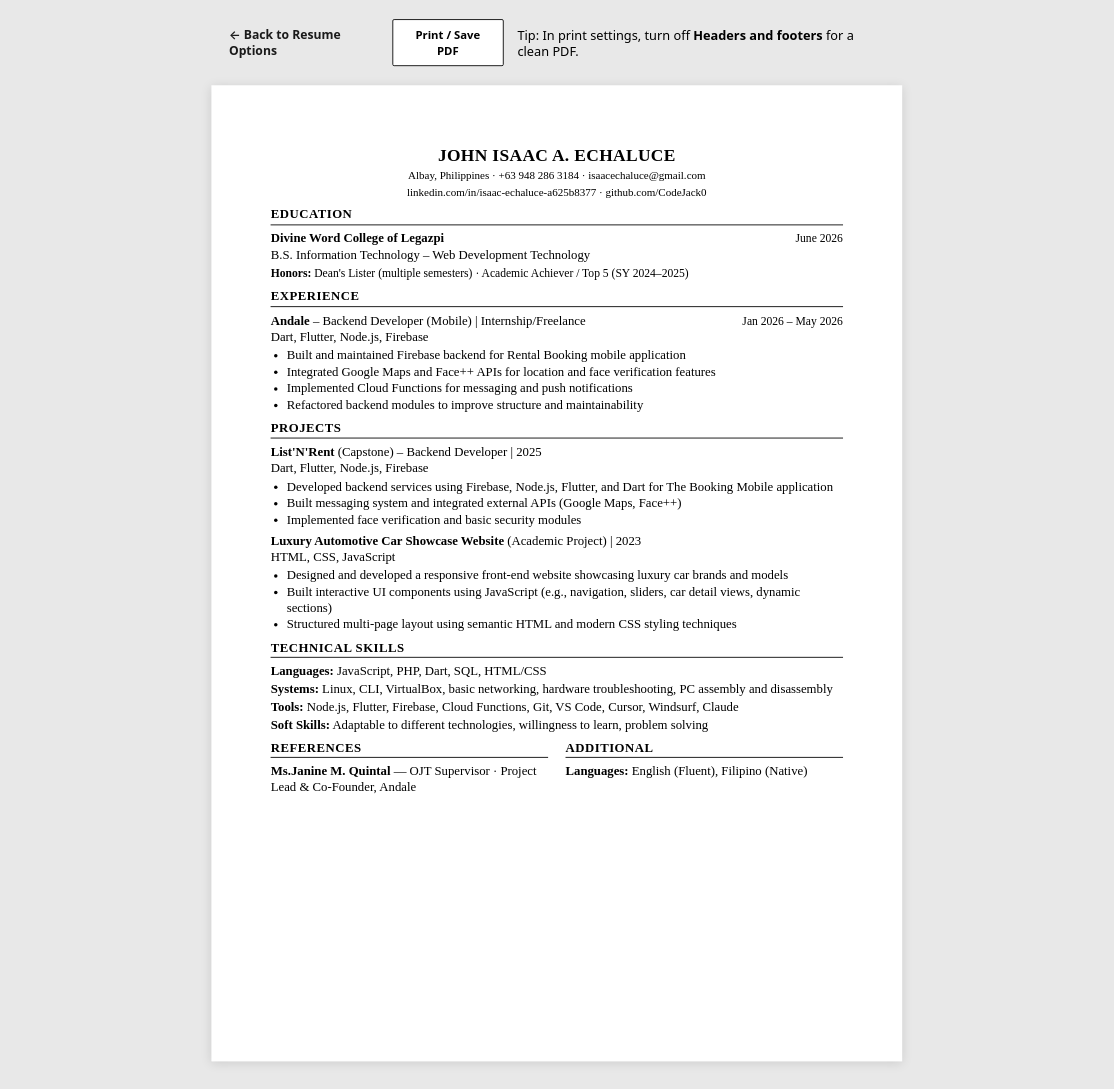
Repository: CodeJack0/Professional_Portfolio
Page: pages/resume_development.html
An editor plug-in stored every save of this project. The page is shown before and after the next save, followed by the edit.
The browser window is 1280 px wide. The pictures show the whole page, at 87% of full size.

Above is the page before, as saved 2026-06-02 08:31:17.

### pages/resume_development.html
<!DOCTYPE html>
<html lang="en">
<head>
  <meta charset="UTF-8" />
  <meta name="viewport" content="width=device-width, initial-scale=1.0" />
  <meta name="description" content="Resume / CV — John Isaac A. Echaluce, IT Graduate" />
  <title>Resume</title>
  <link rel="stylesheet" href="../css/resume.css" />
</head>
<body class="resume-page">
  <div class="resume-toolbar no-print">
    <a href="resumes.html" class="toolbar-link">← Back to Resume Options</a>
    <button type="button" class="toolbar-btn" onclick="printResume()">Print / Save PDF</button>
    <p class="print-hint no-print">Tip: In print settings, turn off <strong>Headers and footers</strong> for a clean PDF.</p>
  </div>

  <article class="resume-document" aria-label="Resume">
    <header class="resume-header">
      <h1 class="resume-name">John Isaac A. Echaluce</h1>
      <p class="resume-contact-line">
        Albay, Philippines · <a href="tel:+639482863184">+63 948 286 3184</a> ·
        <a href="mailto:isaacechaluce@gmail.com">isaacechaluce@gmail.com</a>
      </p>
      <p class="resume-contact-line resume-contact-line--links">
        <a href="https://www.linkedin.com/in/isaac-echaluce-a625b8377/" rel="noopener noreferrer">linkedin.com/in/isaac-echaluce-a625b8377</a> ·
        <a href="https://github.com/CodeJack0" rel="noopener noreferrer">github.com/CodeJack0</a>
      </p>
    </header>

    <main class="resume-content">
      <section class="resume-section">
        <h2 class="resume-section-title">Education</h2>

        <div class="entry">
          <div class="entry-row">
            <span class="entry-left"><strong>Divine Word College of Legazpi</strong></span>
            <span class="entry-right">June 2026</span>
          </div>
          <div class="entry-row entry-row--sub">
            <span class="entry-left">B.S. Information Technology – Web Development Technology</span>
          </div>
          <p class="honors-line">
            <strong>Honors:</strong> Dean's Lister (multiple semesters) · Academic Achiever / Top 5 (SY 2024–2025)
          </p>
        </div>
      </section>

      <section class="resume-section">
        <h2 class="resume-section-title">Experience</h2>

        <div class="entry">
          <div class="entry-row">
            <span class="entry-left"><strong>Andale</strong> – Backend Developer (Mobile) | Internship/Freelance</span>
            <span class="entry-right">Jan 2026 – May 2026</span>
          </div>
          <div class="entry-row entry-row--sub">
            <span class="entry-left">Dart, Flutter, Node.js, Firebase</span>
          </div>
          <ul class="resume-list">
            <li>Built and maintained Firebase backend for Rental Booking mobile application</li>
            <li>Integrated Google Maps and Face++ APIs for location and face verification features</li>
            <li>Implemented Cloud Functions for messaging and push notifications</li>
            <li>Refactored backend modules to improve structure and maintainability</li>
          </ul>
        </div>
      </section>

      <section class="resume-section">
        <h2 class="resume-section-title">Projects</h2>

        <div class="entry">
          <div class="entry-row">
            <span class="entry-left"><strong>List'N'Rent </strong> (Capstone) – Backend Developer | 2025</span>
            <span class="entry-right"></span>
          </div>
          <div class="entry-row entry-row--sub">
            <span class="entry-left">Dart, Flutter, Node.js, Firebase</span>
          </div>
          <ul class="resume-list">
            <li>Developed backend services using Firebase, Node.js, Flutter, and Dart for The Booking Mobile application</li>
            <li>Built messaging system and integrated external APIs (Google Maps, Face++)</li>
            <li>Implemented face verification and basic security modules</li>
          </ul>
        </div>

        <div class="entry">
          <div class="entry-row">
            <span class="entry-left"><strong>Luxury Automotive Car Showcase Website</strong> (Academic Project) | 2023</span>
            <span class="entry-right"></span>
          </div>
          <div class="entry-row entry-row--sub">
            <span class="entry-left">HTML, CSS, JavaScript</span>
          </div>
          <ul class="resume-list">
            <li>Designed and developed a responsive front-end website showcasing luxury car brands and models</li>
            <li>Built interactive UI components using JavaScript (e.g., navigation, sliders, car detail views, dynamic sections)</li>
            <li>Structured multi-page layout using semantic HTML and modern CSS styling techniques</li>

        </div>


      <section class="resume-section">
        <h2 class="resume-section-title">Technical Skills</h2>
        <p class="skills-line"><strong>Languages:</strong> JavaScript, PHP, Dart, SQL, HTML/CSS</p>
        <p class="skills-line"><strong>Systems:</strong> Linux, CLI, VirtualBox, basic networking, hardware troubleshooting, PC assembly and disassembly</p>
        <p class="skills-line"><strong>Tools:</strong> Node.js, Flutter, Firebase, Cloud Functions, Git, VS Code, Cursor, Windsurf, Claude</p>
        <p class="skills-line"><strong>Soft Skills:</strong> Adaptable to different technologies, willingness to learn, problem solving</p>
      </section>


      <section class="resume-section resume-section--combined">
        <div class="resume-two-col">
          <div>
            <h2 class="resume-section-title">References</h2>
            <p class="skills-line"><strong>Ms.Janine M. Quintal</strong> — OJT Supervisor · Project Lead &amp; Co-Founder, Andale</p>
          </div>
          <div>
            <h2 class="resume-section-title">Additional</h2>
            <p class="skills-line"><strong>Languages:</strong> English (Fluent), Filipino (Native)</p>
          </div>
        </div>
      </section>
    </main>
  </article>
  <script src="../js/resume-print.js"></script>
</body>
</html>

### css/resume.css
/* Harvard-style resume — conservative, single column, print-first (A4) */

:root {
  --resume-page-width: 210mm;
  --resume-page-height: 297mm;
  --resume-page-margin: 18mm;
}

*,
*::before,
*::after {
  box-sizing: border-box;
}

body.resume-page {
  margin: 0;
  font-family: "Times New Roman", Times, Georgia, serif;
  font-size: 11pt;
  line-height: 1.25;
  color: #000;
  background: #e8e8e8;
  -webkit-font-smoothing: antialiased;
}

/* Toolbar (screen only) */
.resume-toolbar {
  display: flex;
  align-items: center;
  justify-content: space-between;
  max-width: var(--resume-page-width);
  margin: 0 auto;
  padding: 1rem 1.25rem;
  gap: 1rem;
  font-family: system-ui, -apple-system, sans-serif;
}

.toolbar-link {
  font-size: 0.875rem;
  font-weight: 600;
  color: #1a1a1a;
  text-decoration: none;
}

.toolbar-link:hover {
  text-decoration: underline;
}

.toolbar-btn {
  font-family: inherit;
  font-size: 0.8125rem;
  font-weight: 600;
  padding: 0.5rem 1rem;
  border: 1px solid #000;
  border-radius: 2px;
  background: #fff;
  color: #000;
  cursor: pointer;
}

.toolbar-btn:hover {
  background: #f5f5f5;
}

/* Document */
.resume-document {
  width: 100%;
  max-width: var(--resume-page-width);
  min-height: var(--resume-page-height);
  margin: 0 auto 2rem;
  padding: var(--resume-page-margin);
  background: #fff;
  box-shadow: 0 2px 12px rgba(0, 0, 0, 0.12);
}

/* Header */
.resume-header {
  text-align: center;
  margin-bottom: 0.45rem;
}

.resume-name {
  font-size: 15pt;
  font-weight: 700;
  margin: 0 0 0.2rem;
  letter-spacing: 0.02em;
  text-transform: uppercase;
}

.resume-tagline {
  margin: 0;
  font-size: 10pt;
  font-style: italic;
}

.resume-summary {
  margin: 0.35rem auto 0;
  max-width: 95%;
  font-size: 10pt;
  line-height: 1.4;
  text-align: center;
}

.resume-contact-line {
  margin: 0.15rem 0 0;
  font-size: 9.5pt;
  line-height: 1.35;
}

.resume-contact-line--links {
  margin-top: 0.1rem;
}

.resume-contact-line a {
  color: inherit;
  text-decoration: none;
}

.resume-contact-line a:hover {
  text-decoration: underline;
}

.honors-line {
  margin: 0.2rem 0 0;
  font-size: 10pt;
  line-height: 1.35;
}

.entry-note {
  margin: 0.15rem 0 0;
  font-size: 9.5pt;
  font-style: italic;
  line-height: 1.35;
}

/* Sections */
.resume-content {
  margin: 0;
}

.resume-section {
  margin-bottom: 0.45rem;
}

.entry--compact {
  margin-bottom: 0.2rem;
}

.resume-two-col {
  display: grid;
  grid-template-columns: 1fr 1fr;
  gap: 1.25rem;
  align-items: start;
}

.resume-two-col .resume-section-title {
  margin-top: 0;
}

.resume-section--combined {
  margin-bottom: 0;
}

.skills-line--muted {
  font-size: 9.5pt;
  font-style: italic;
}

.resume-section:last-child {
  margin-bottom: 0;
}

.resume-section-title {
  font-size: 11pt;
  font-weight: 700;
  text-transform: uppercase;
  letter-spacing: 0.04em;
  margin: 0.5rem 0 0.35rem;
  padding-bottom: 0.15rem;
  border-bottom: 1px solid #000;
}

.resume-section:first-child .resume-section-title {
  margin-top: 0;
}

/* Entries */
.entry {
  margin-bottom: 0.35rem;
}

.entry:last-child {
  margin-bottom: 0;
}

.entry-row {
  display: flex;
  justify-content: space-between;
  align-items: baseline;
  gap: 1rem;
}

.entry-row--sub {
  margin-top: 0.05rem;
}

.entry-left {
  flex: 1;
  min-width: 0;
}

.entry-right {
  flex-shrink: 0;
  white-space: nowrap;
  font-size: 10pt;
}

/* Lists */
.resume-list {
  margin: 0.15rem 0 0;
  padding-left: 1.15rem;
}

.resume-list li {
  margin-bottom: 0.05rem;
}

.resume-list--plain {
  list-style: disc;
  padding-left: 1.15rem;
}

/* Skills */
.skills-line {
  margin: 0.15rem 0 0;
}

.skills-line:first-of-type {
  margin-top: 0.1rem;
}

.resume-section--inline .skills-line {
  margin-top: 0.1rem;
}

.skills-grid {
  display: grid;
  grid-template-columns: 1fr 1fr;
  gap: 0.75rem;
  margin-top: 0.1rem;
}

.skills-grid .resume-list {
  margin: 0;
}

/* Responsive */
@media (max-width: 640px) {
  .resume-document {
    min-height: auto;
    padding: 1rem;
  }

  .resume-contact-line {
    font-size: 9pt;
  }

  .entry-row {
    flex-direction: column;
    gap: 0.1rem;
  }

  .entry-right {
    white-space: normal;
  }

  .resume-two-col {
    grid-template-columns: 1fr;
    gap: 0.5rem;
  }
}

/* Print */
@media print {
  @page {
    size: A4;
    margin: 0;
  }

  body.resume-page {
    background: #fff;
    font-size: 11pt;
  }

  .no-print {
    display: none !important;
  }

  .resume-document {
    max-width: none;
    min-height: auto;
    margin: 0;
    padding: var(--resume-page-margin);
    box-shadow: none;
  }

  .resume-contact-line a {
    text-decoration: none;
  }

  .entry,
  .resume-section {
    break-inside: avoid;
  }
}

### js/resume-print.js
/**
 * Clean print/PDF: clears page title so browser header shows less text.
 * Pair with @page { margin: 0 } in resume.css and disable "Headers and footers" in print dialog.
 */
(function () {
  let savedTitle = document.title;

  function preparePrint() {
    savedTitle = document.title;
    document.title = " ";
  }

  function restorePrint() {
    if (savedTitle) {
      document.title = savedTitle;
    }
  }

  window.addEventListener("beforeprint", preparePrint);
  window.addEventListener("afterprint", restorePrint);

  window.printResume = function () {
    preparePrint();
    window.print();
    setTimeout(restorePrint, 1500);
  };
})();

After the next save:
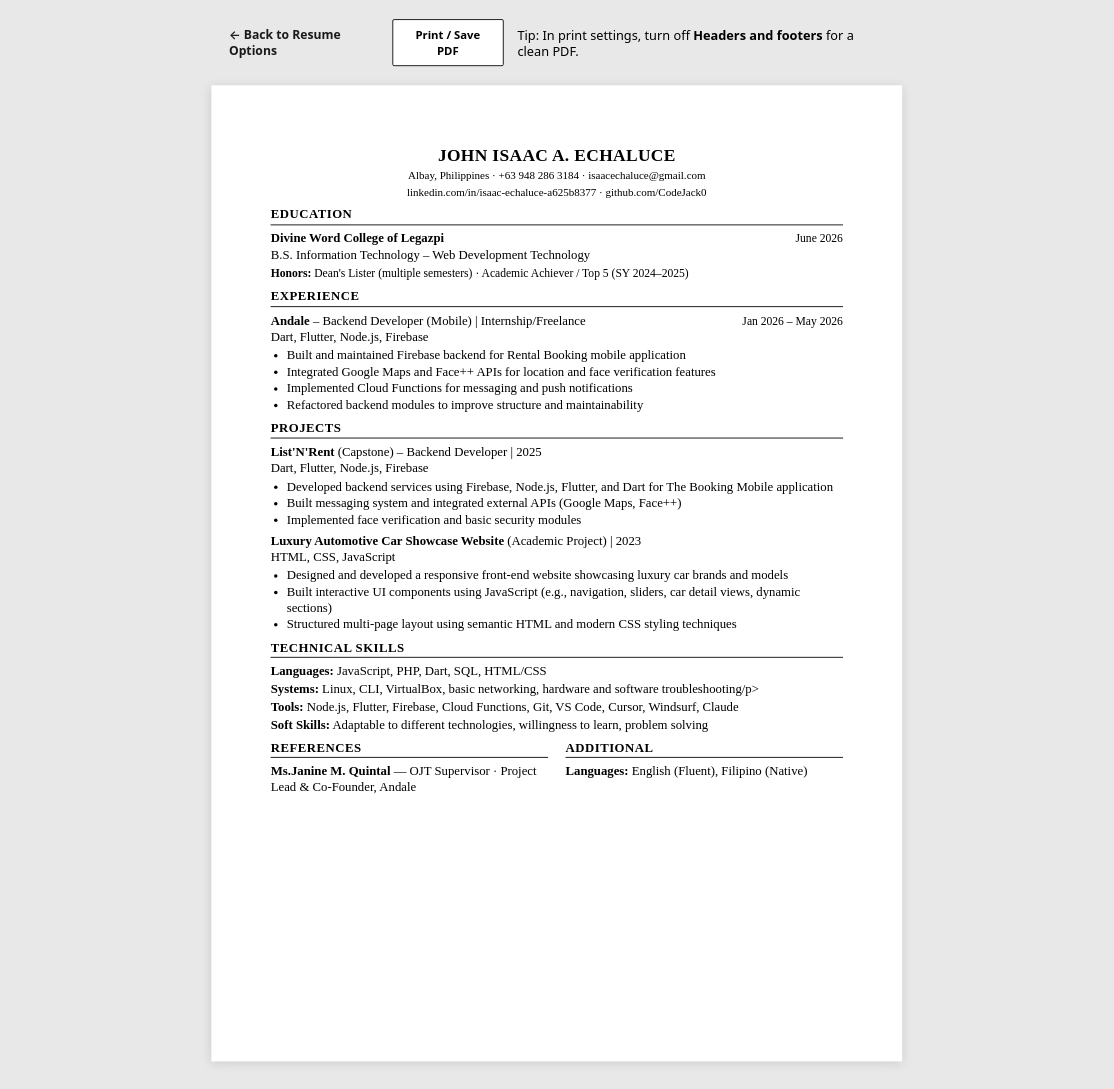
Saved 29 s later.
--- a/pages/resume_development.html
+++ b/pages/resume_development.html
@@ -102,7 +102,7 @@
       <section class="resume-section">
         <h2 class="resume-section-title">Technical Skills</h2>
         <p class="skills-line"><strong>Languages:</strong> JavaScript, PHP, Dart, SQL, HTML/CSS</p>
-        <p class="skills-line"><strong>Systems:</strong> Linux, CLI, VirtualBox, basic networking, hardware troubleshooting, PC assembly and disassembly</p>
+        <p class="skills-line"><strong>Systems:</strong> Linux, CLI, VirtualBox, basic networking, hardware and software troubleshooting/p>
         <p class="skills-line"><strong>Tools:</strong> Node.js, Flutter, Firebase, Cloud Functions, Git, VS Code, Cursor, Windsurf, Claude</p>
         <p class="skills-line"><strong>Soft Skills:</strong> Adaptable to different technologies, willingness to learn, problem solving</p>
       </section>
